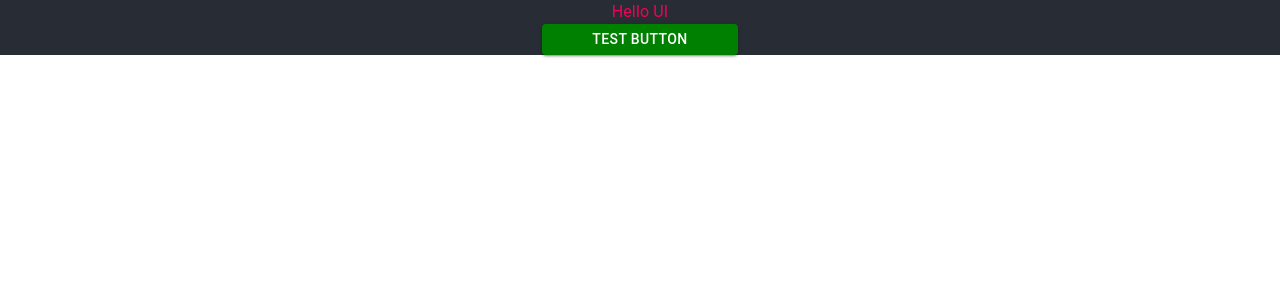
Repository: ShunsukeTanizaki/COVID19-Live
Page: /
The author's editor kept a copy of each file at every save. The page is drawn from the files as they stood at one save, then again after the next save.
The browser window is 1280 px wide. The pictures show the whole page.
The project was rebuilt for these pictures with package versions that can differ from the ones it lists, and the page was loaded fresh each time.

Above is the page before, as saved 2020-11-07 23:17:45.

After the next save:
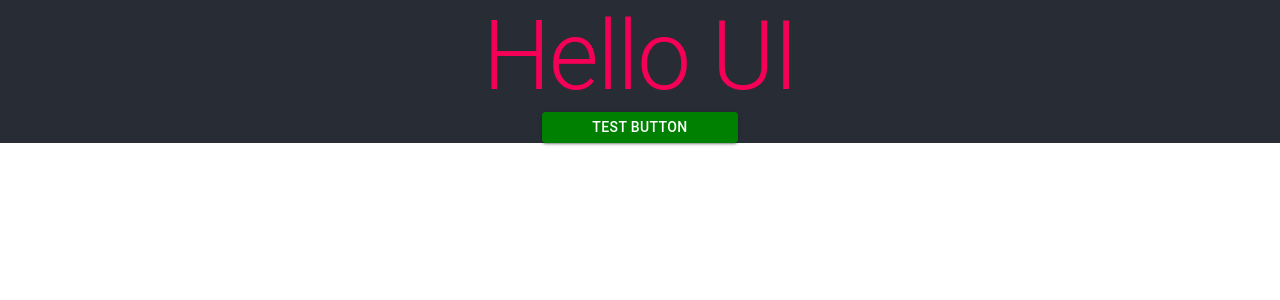
Saved 37 s later.
--- a/src/components/MaterialUI .tsx
+++ b/src/components/MaterialUI .tsx
@@ -12,7 +12,9 @@ const MaterialUI: React.FC = () => {
     const classes = useStyles();
     return (
         <div>
-            <Typography color="secondary">Hello UI</Typography>
+            <Typography color="secondary" variant="h1">
+                Hello UI
+            </Typography>
             <Button
                 className={classes.btnStyle}
                 variant="contained"
